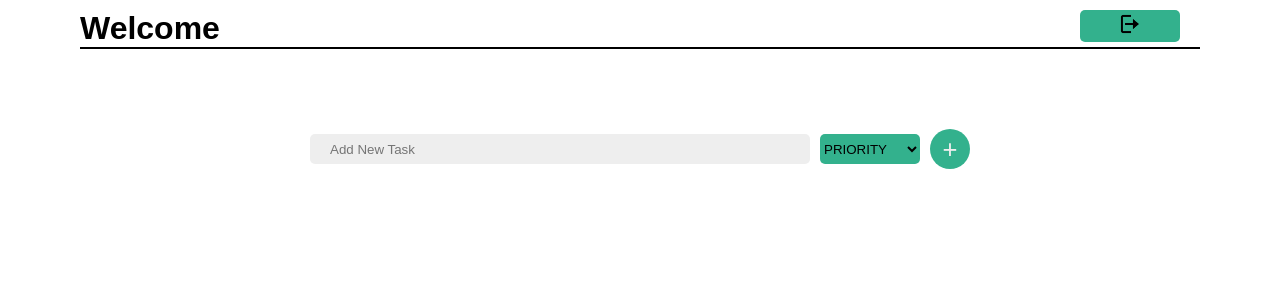
Repository: tebo27cMd/todo_App
Page: /HomePage
An editor plug-in stored every save of this project. The page is shown before and after the next save, followed by the edit.
The browser window is 1280 px wide. The pictures show the whole page.
The page's requests for data from a server got no answer. The project was rebuilt for these pictures with package versions that can differ from the ones it lists, and the page was loaded fresh each time. No one was signed in, and anything a server would have sent is missing. Also part of the build but not shown: src/Pages/LoginPage.jsx, src/Pages/SignInPage.jsx.

Above is the page before, as saved 2022-08-23 11:22:12.

### src/App.js
import React, {useState, useEffect} from 'react';
import './App.css';
import LoginPage from './Pages/LoginPage';
import SignInPage from './Pages/SignInPage';
import HomePage from './Pages/HomePage';

import {BrowserRouter as Router,Routes,Route,Link} from "react-router-dom";

//import {collection, getDocs, getDoc, doc, deleteDoc} from 'firebase/firestore'







function App() {


  const [tasks, setTasks] = useState([]);

  const addTasks = ((task, priorityType)=>{
    setTasks((tasks)=>[...tasks, {
      task:task,
      priorityType:priorityType
    }])

    console.log(tasks);
  })
  return (
    <div className="App">

      <Router>
      <Routes>
        <Route exact path="/" element = {<LoginPage/>}></Route>
        <Route path="/SignInPage" element = {<SignInPage/>}></Route>
        <Route exact path="/HomePage" element = {<HomePage/>}></Route>
      </Routes>
    </Router>

    </div>
  );
}

export default App;

### src/App.css
* {
  box-sizing: border-box;
  margin: 0;
  padding: 0;
  font-family: 'Times New Roman', Times, serif;
}

### src/Pages/HomePage.jsx

import React, { useState, useEffect } from "react";

  import '../css/HomePage.css';

  import {db} from '../Config-file/firebase';

  import {addDoc, collection,getDocs} from 'firebase/firestore';
  import CheckCircleIcon from "@mui/icons-material/CheckCircle";


  import logout from '../image/logout.png'





function HomePage() {
  const[task, setTask]= useState('');
  const[priority, setPriority] = useState('');

  const[items, setItem] = useState([]);

  const itemRef =collection(db,"Tasks");

  const getItems = async()=>{
      let data = await getDocs(itemRef);
      setItem(data.docs.map((doc)=>({...doc.data(), id: doc.id})))
  }

  const addItems = async()=>{
     await addDoc(itemRef, {task:task, priority:priority})
     alert("Item added Successfully");
    getItems();
    }


    useEffect(()=>{
      getItems();
   }, [])





    return (
      <div className="AddTask">
          <div className="topPart">
              <h1>Welcome</h1>
              <button><div className="tick"><img src={logout} alt="" /></div></button>
          </div>

          <div className="bottomPart">
            <div className="input-fields">
              <input type="text" placeholder="Add New Task" onChange={(e)=>setTask(e.target.value)}/>
                <select name="priority" id="priority" onChange={(e)=>setPriority(e.target.value)}>
                    <option value="Priority">PRIORITY</option>
                    <option value="High">High</option>
                    <option value="Medium">Medium</option>
                    <option value="Low">Low</option>

                </select>

                <button className="topBtn" onClick={addItems}>+</button>

            </div>

            <div className="task-list">
            {
                        items.map(item=>((
                            <div className="items" key={item.id}>
                                {
                                    item.priority == "Low" ? (

                                        <div className="item" style={{borderBottom: "3px solid green"}}>
                                        <span>{item.task}</span>
                                        <button className="complete"><div className="Check"><CheckCircleIcon id="i" /></div></button>
                                        </div>

                                    ):item.priority == "Medium" ? (
                                        <div className="item" style={{borderBottom: "3px solid orange"}}>
                                        <span>{item.task}</span>
                                        <button className="complete"><div className="Check"><CheckCircleIcon id="i" /></div></button>
                                        </div>
                                    ):item.priority == "High" ? (
                                        <div className="item" style={{borderBottom: "3px solid red"}}>
                                        <span>{item.task}</span>
                                        <button className="complete"><div className="Check"><CheckCircleIcon id="i" /></div></button>

                                        </div>
                                    ):(
                                        <div>

                                        </div>
                                    )
                                }




                            </div>
                        )))
                    }
            </div>

          </div>

      </div>
    )
  }



export default HomePage;

### src/Pages/LoginPage.css
@import url("https://fonts.googleapis.com/css?family=Roboto&display=swap");
:root
{
    --btnGreen: #339eb1;
    --beige: beige;

}

.LoginPage{
    display: grid;
    grid-template-columns: 40% 60%;
    width: 100vw;
    height: 100vh;
    font-family:'Roboto' ;
}

.LoginPage aside{
    background: url(../Images/Ado.jpeg);
    background-size: cover;
}

.LoginPage section{
    display: flex;
    flex-direction: column;
    justify-content: center;
    align-items: center;
    padding: 50px;

}

.LoginPage .welcome{
    margin-top: 20px;
    margin-bottom: 20px;
    font-weight: bolder;
    font-size: 2em;
    font-family:'Roboto' ;
    color: #4c52ac;
}

.LoginPage .paragraph1{
    margin-bottom: 20px;
    font-size: 1.2em;
    color: #4c52ac;
}

.LoginPage .input-control{
    display: flex;
    flex-direction: column;
    align-self: flex-start;
    width: 100%;

}

.LoginPage .input-control label{
    margin-top: 10px;
    margin-bottom: 10px;
    font-size: 1.4em;

}

.LoginPage .input-control input{
    font-size: 1.2em;
    height: 50px;
    padding: 20px 10px 20px 10px;
    margin-top: 10px;
    border: none;
    border-radius: 10px;
    width: 100%;
    background-color: #eee;

}

.LoginPage button{
    width: 300px;
    height: 50px;

}
.LoginPage .lgnBtn:hover{
   background-color:#4c52ac;
   border-color: #7bff00;
}
.LoginPage .lgnBtn{
    margin-top: 50px;
    border-radius: 5px;
    border: none;
    background-color: var(--btnGreen);
    font-size: 1em;
    cursor: pointer;
    color: white;
}

.LoginPage .create{
    font-family:'Roboto' ;
    margin-top: 30px;
}


Link{
    color: var(--btnGreen);
}

.LoginPage .or{
    font-weight: lighter;
    font-size: 1em;
    margin: 20px;
}

.LoginPage .signBtn{

    margin: 20px;
    padding-right: 20px;
    border-radius: 5px;
    border-color: #4c52ac;
    cursor: pointer;
    background-color: white;
    border-radius: 7px;
}



.logo{
    display: flex;
    flex-direction: row;
    justify-content: center;

}

.logo img{
    width: 50px;
    height: 30px;
    padding-left: 10px;
}

.logo span{
    padding-top: 7px;
}

### src/Config-file/firebase.js
// Import the functions you need from the SDKs you need
import { initializeApp } from "firebase/app";
import { getFirestore } from "@firebase/firestore";
import {getAuth} from 'firebase/auth';

const firebaseConfig = {
  apiKey: "AIzaSyB44VhlyOGLme-EDCUVNbbB2UbazBO3qIY",
  authDomain:  "todo-433b6.firebaseapp.com",
  projectId:"todo-433b6",
  storageBucket: "todo-433b6.appspot.com",
  messagingSenderId: "23893463738",
  appId:"1:23893463738:web:7b7d1fefeddfc1abce6883",
  measurementId: "G-QQNBP66G32"
};

// Initialize Firebase
const app = initializeApp(firebaseConfig);
const db = getFirestore(app);
const auth = getAuth(app);
export  {auth, db};

### src/css/HomePage.css


*{
    box-sizing:border-box;
    margin: 0;
    padding: 0;
    font-family: sans-serif;
}


.topPart{
    display: flex;
    justify-content: space-between;
    margin: 10px 80px;
    border-bottom: 2px solid black;

}

.topPart button{
    width: 100px;
    margin:0px 20px 5px 0px;
    border-radius: 5px;
    border: none;
    background-color: #33b18d;
    cursor: pointer;
    color: white;
    font-size: 1.2em;

}
.topPart img {
    height: 20px;
}

.topPart button:hover{
    background-color: rgba(245, 27, 27, 0.815);
    color: black;
}

.bottomPart{
    display: flex;
    flex-direction: column;
    justify-content: center;
    align-items: center;
    margin-top: 80px;
}

.bottomPart input{
    margin-right: 10px;
    height: 30px;
    width: 500px;
    padding-left: 20px;
    border: none;
    background-color: #eee;
    border-radius: 5px;

}

.bottomPart select{
    margin-right: 10px;
    height: 30px;
    width: 100px;
    border: none;
    background-color: #33b18d;
    border-radius: 5px;
}

.bottomPart button{
    height: 40px;
    width: 40px;
    border-radius: 50px;
    border: none;
    color: #eee;
    font-size: 1.6em;
    background-color: #33b18d;
    cursor: pointer;

}

.bottomPart button:hover{
    background-color: #776e7625;
    color: black;
}

.input-fields {
    display: flex;
    align-items: center;
}



/* Task list*/


.task-list{
    width: 600px;
    margin-right: 60px;
}

.item{
    display: flex;
    text-align: center;
    justify-content: space-between;
    padding: 10px;
    border-radius: 5px;
    border: none;
    box-shadow: 2px 2px 5px 0px grey;

}
.items{
    padding: 5px 0;
}
.item button{
    border: none;
    border-radius: 50px;
    width: 80px;
    height: 40px;
    font-size: 20px;
    cursor: pointer;

}

Loaded but not shown: public/index.html (common file); src/index.js (common file); src/reportWebVitals.js (common file)

After the next save:
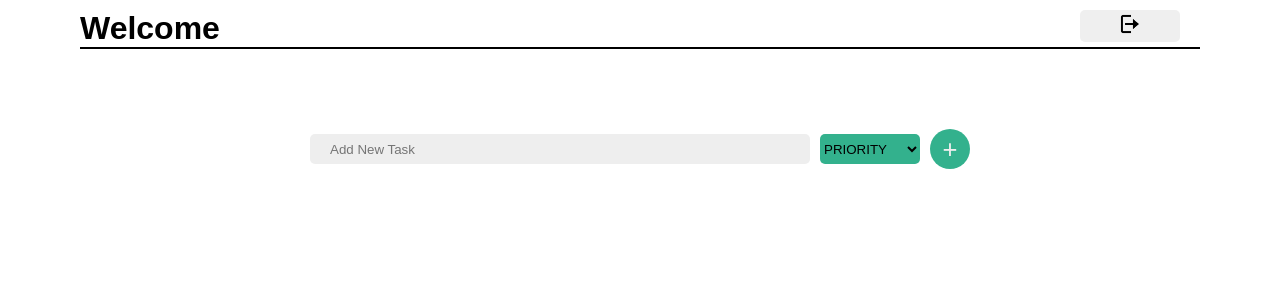
Saved 105 s later.
--- a/src/css/HomePage.css
+++ b/src/css/HomePage.css
@@ -21,7 +21,7 @@
     margin:0px 20px 5px 0px;
     border-radius: 5px;
     border: none;
-    background-color: #33b18d;
+
     cursor: pointer;
     color: white;
     font-size: 1.2em;

After the save that followed:
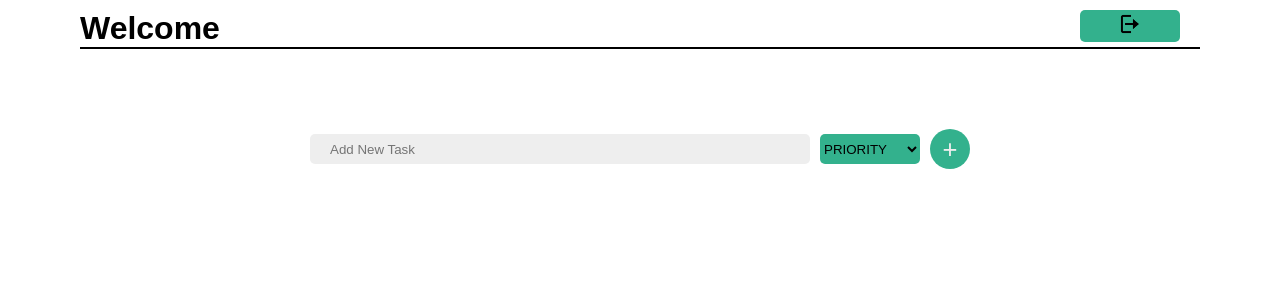
Saved 6 s later.
--- a/src/css/HomePage.css
+++ b/src/css/HomePage.css
@@ -21,7 +21,7 @@
     margin:0px 20px 5px 0px;
     border-radius: 5px;
     border: none;
-
+    background-color: #33b18d;
     cursor: pointer;
     color: white;
     font-size: 1.2em;
